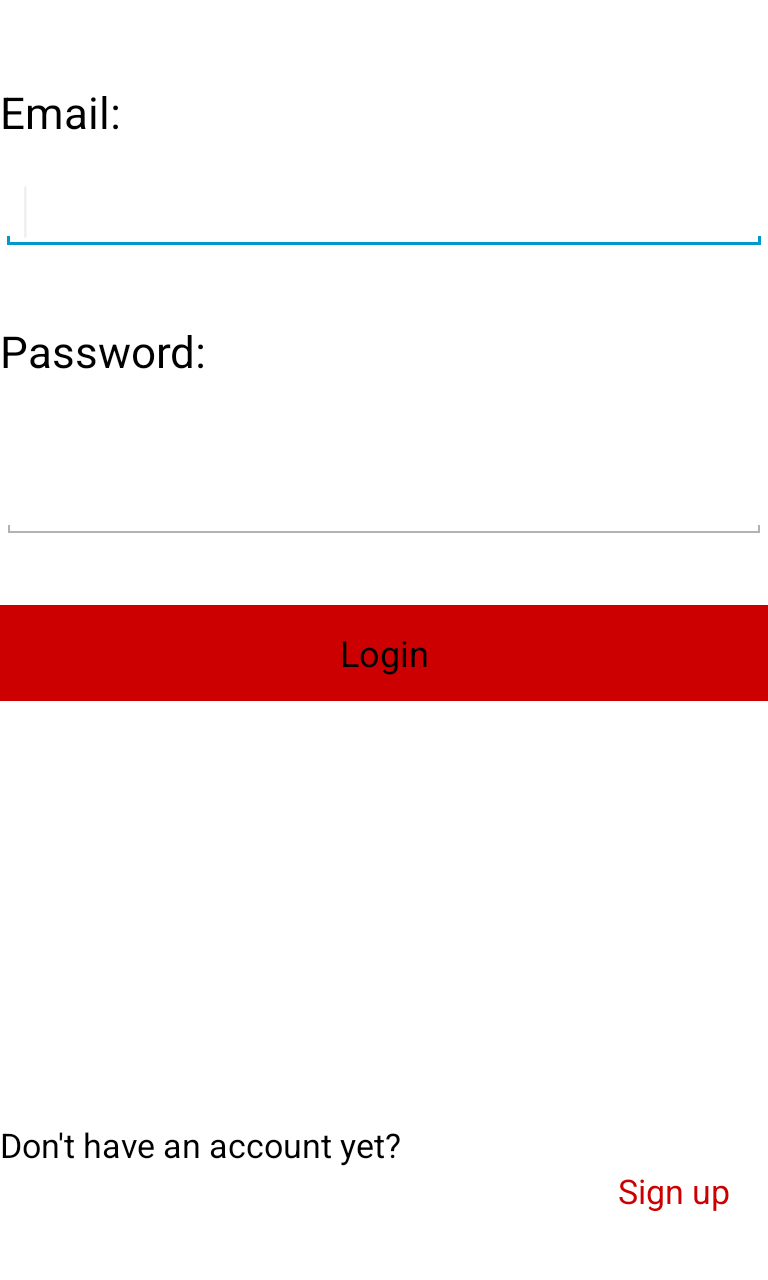
Repository: erwasambo/greendevelopment
Layout: GreenDevelopment/NASCuisine/res/layout/login.xml
The author's editor kept a copy of each file at every save. The layout is drawn from the files as they stood at one save, then again after the next save.
It is drawn on a 768 x 1280 px phone screen (xhdpi) without system bars, with theme AppTheme; the app's code is not run.

Above is the layout before, as saved 2013-12-03 01:51:33.

After the next save:
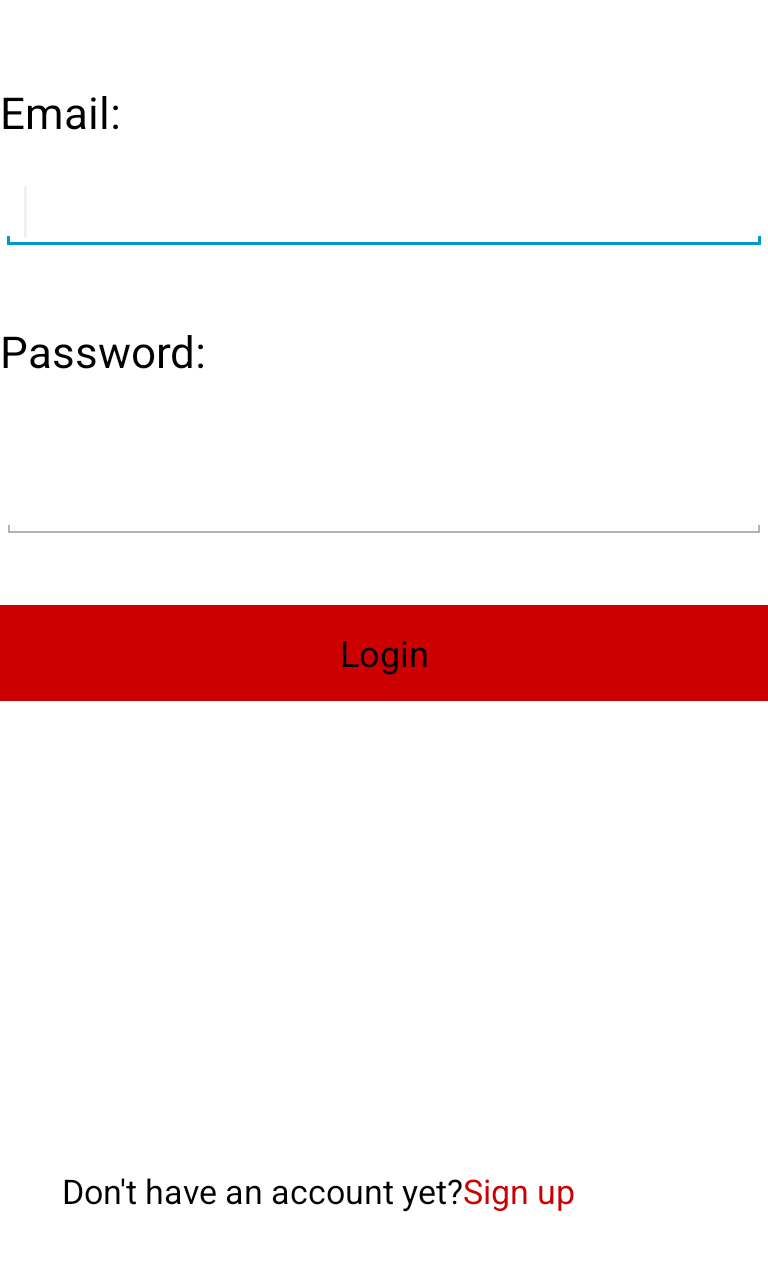
Saved 75 s later.
--- a/GreenDevelopment/NASCuisine/res/layout/login.xml
+++ b/GreenDevelopment/NASCuisine/res/layout/login.xml
@@ -50,16 +50,6 @@
         android:layout_centerHorizontal="true"
         android:layout_marginBottom="14dp" />
 
-    <TextView
-        android:id="@+id/txtNoacc"
-        android:layout_width="wrap_content"
-        android:layout_height="wrap_content"
-        android:layout_above="@+id/tvLinkToRegisterScreen"
-        android:layout_alignParentLeft="true"
-        android:text="@string/donthaveacc"
-        android:textAppearance="?android:attr/textAppearanceLarge"
-        android:textSize="17sp" />
-
     <Button
         android:id="@+id/btnLogin"
         android:layout_width="match_parent"
@@ -71,15 +61,25 @@
         android:text="@string/login" />
 
     <TextView
+        android:id="@+id/txtNoacc"
+        android:layout_width="wrap_content"
+        android:layout_height="wrap_content"
+        android:layout_above="@+id/login_error"
+        android:layout_alignParentLeft="true"
+        android:layout_marginLeft="31dp"
+        android:text="@string/donthaveacc"
+        android:textAppearance="?android:attr/textAppearanceLarge"
+        android:textSize="17sp" />
+
+    <TextView
         android:id="@+id/tvLinkToRegisterScreen"
         android:layout_width="wrap_content"
         android:layout_height="wrap_content"
         android:layout_above="@+id/login_error"
-        android:layout_alignParentRight="true"
-        android:layout_marginRight="19dp"
+        android:layout_toRightOf="@+id/txtNoacc"
         android:text="@string/signup"
         android:textAppearance="?android:attr/textAppearanceLarge"
         android:textColor="@color/purple"
-        android:textSize="17sp"  />
+        android:textSize="17sp" />
 
 </RelativeLayout>
